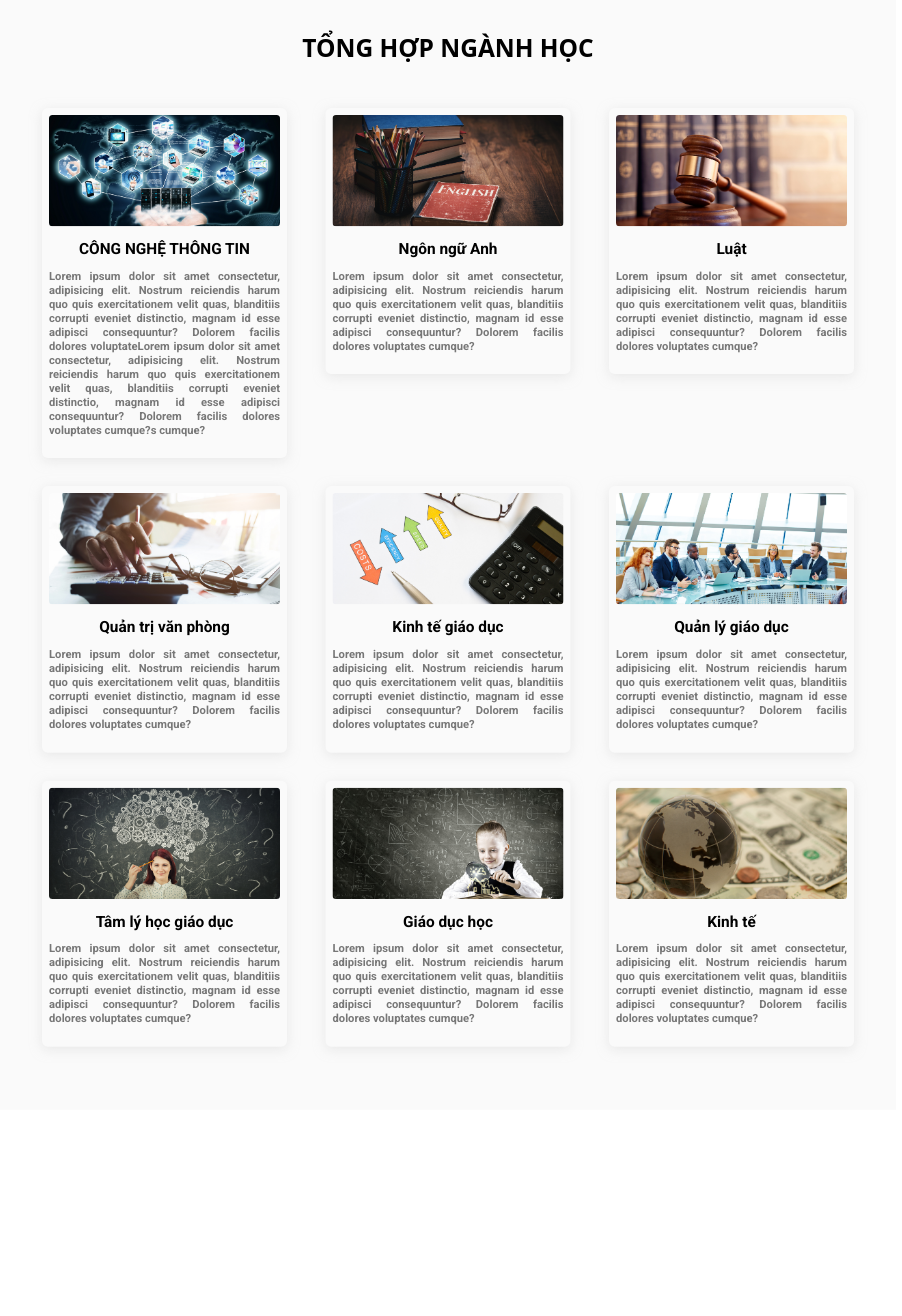
Repository: hongphuck1/trangweb1
Page: index.html
These files come from the project's save history. The page is drawn as it stood at one moment and after the next save; the edit follows.
The browser window is 1280 px wide. The page is 1288 px wide, so the pictures cover 1288 px, including what lies to the right of the window. The pictures show the part of the page from y = 1946 to 3826 px (the page is 4941 px tall), at 70% of full size.

Above is the page before, as saved 2021-09-07 02:23:34.

After the next save:
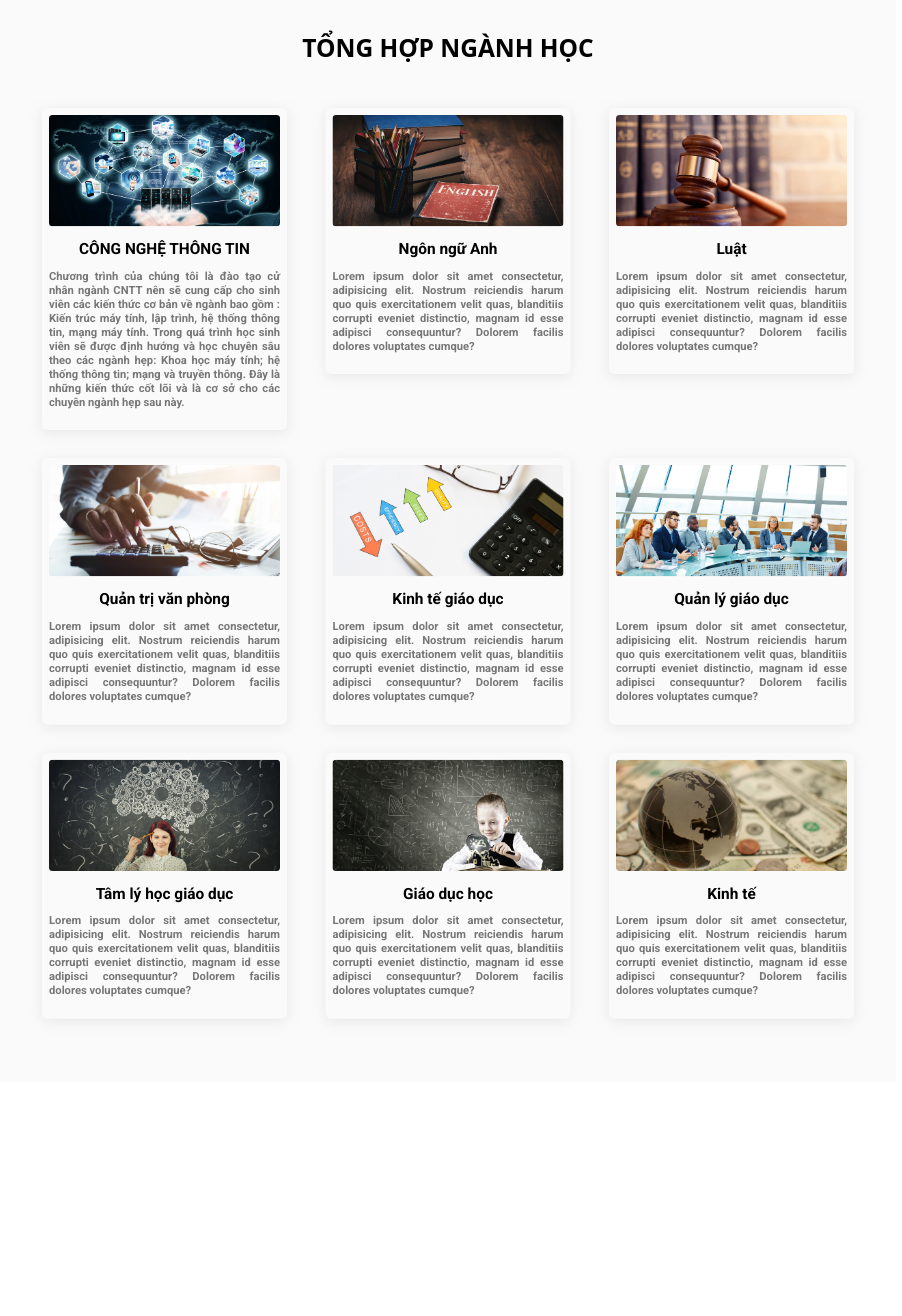
Saved 33 s later.
--- a/index.html
+++ b/index.html
@@ -234,11 +234,8 @@
               <div class="container-body-subject">
                 <img src="img/congnghethongtin.png" alt="">
                 <h2>CÔNG NGHỆ THÔNG TIN</h2>
-                <h4>Lorem ipsum dolor sit amet consectetur, adipisicing elit. Nostrum reiciendis harum quo quis
-                  exercitationem velit quas, blanditiis corrupti eveniet distinctio, magnam id esse adipisci
-                  consequuntur? Dolorem facilis dolores voluptateLorem ipsum dolor sit amet consectetur, adipisicing elit. Nostrum reiciendis harum quo quis
-                  exercitationem velit quas, blanditiis corrupti eveniet distinctio, magnam id esse adipisci
-                  consequuntur? Dolorem facilis dolores voluptates cumque?s cumque?</h4>
+                <h4>Chương trình của chúng tôi  là đào tạo cử nhân ngành CNTT nên sẽ cung cấp cho sinh viên các kiến thức cơ bản về ngành bao gồm : Kiến trúc máy tính, lập trình, hệ thống thông tin, mạng máy tính. Trong quá trình học sinh viên sẽ được định hướng và học chuyên sâu theo các ngành hẹp: Khoa học máy tính; hệ thống thông tin; mạng và truyền thông.
+                  Đây là những kiến thức cốt lõi và là cơ sở cho các chuyên ngành hẹp sau này.</h4>
               </div>
             </div>
             <div class="col l-4">
